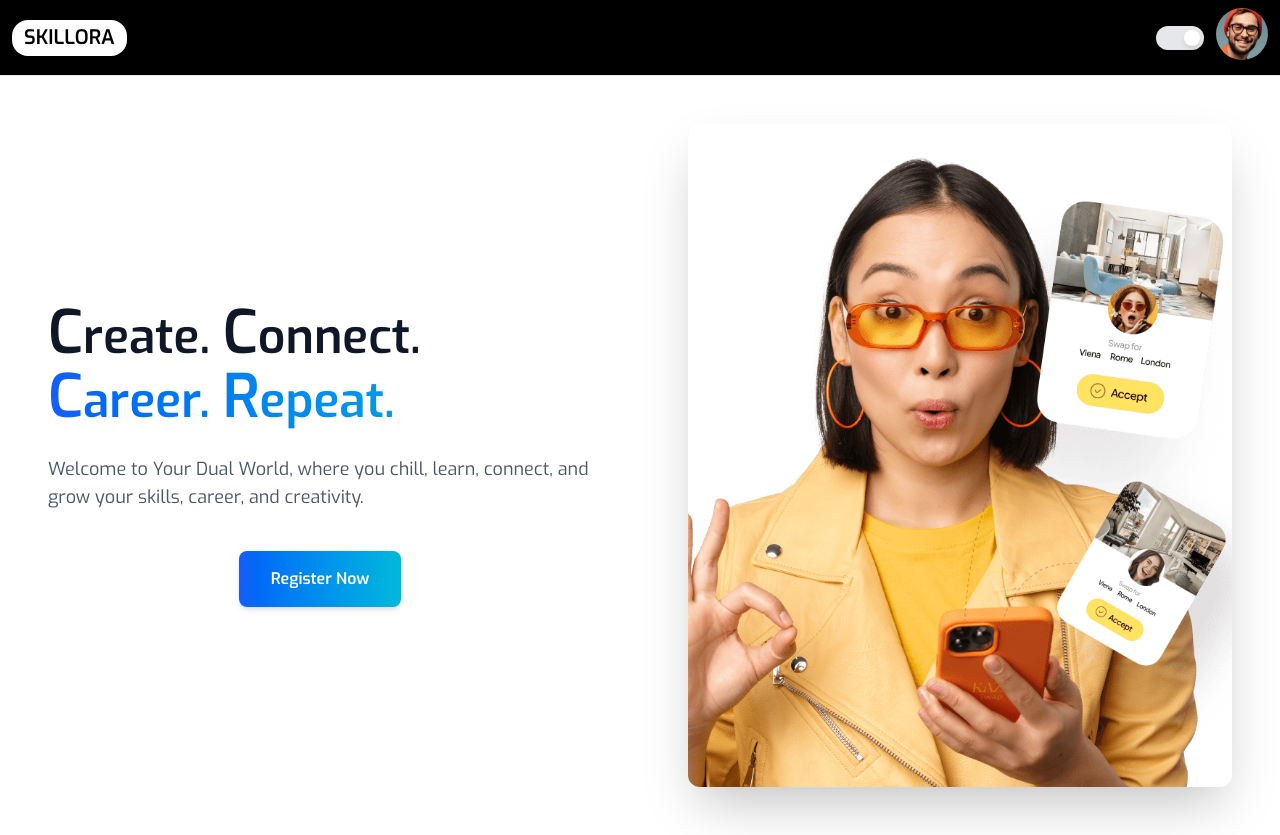
Repository: deepak445566/job
Page: / (app in frontend/)
An editor plug-in stored every save of this project. The page is shown before and after the next save, followed by the edit.
The browser window is 1280 px wide. The pictures show the whole page.
The page's requests for data from a server got no answer. Some web fonts or font styles are not loaded; a fallback is used. The project was rebuilt for these pictures with package versions that can differ from the ones it lists, and the page was loaded fresh each time. Some packages were replaced by stand-ins written for this rebuild. No one was signed in, and anything a server would have sent is missing. Also part of the build but not shown: frontend/vite.config.js, frontend/src/Components/auth/Login.jsx, frontend/src/Components/study/StudyDashboard.jsx, frontend/src/Components/chill/CreateReelModal.jsx, frontend/src/Components/chill/ChillDashboard.jsx, frontend/src/Components/common/Footer.jsx.

Above is the page before, as saved 2026-02-27 14:59:11.

After the next save:
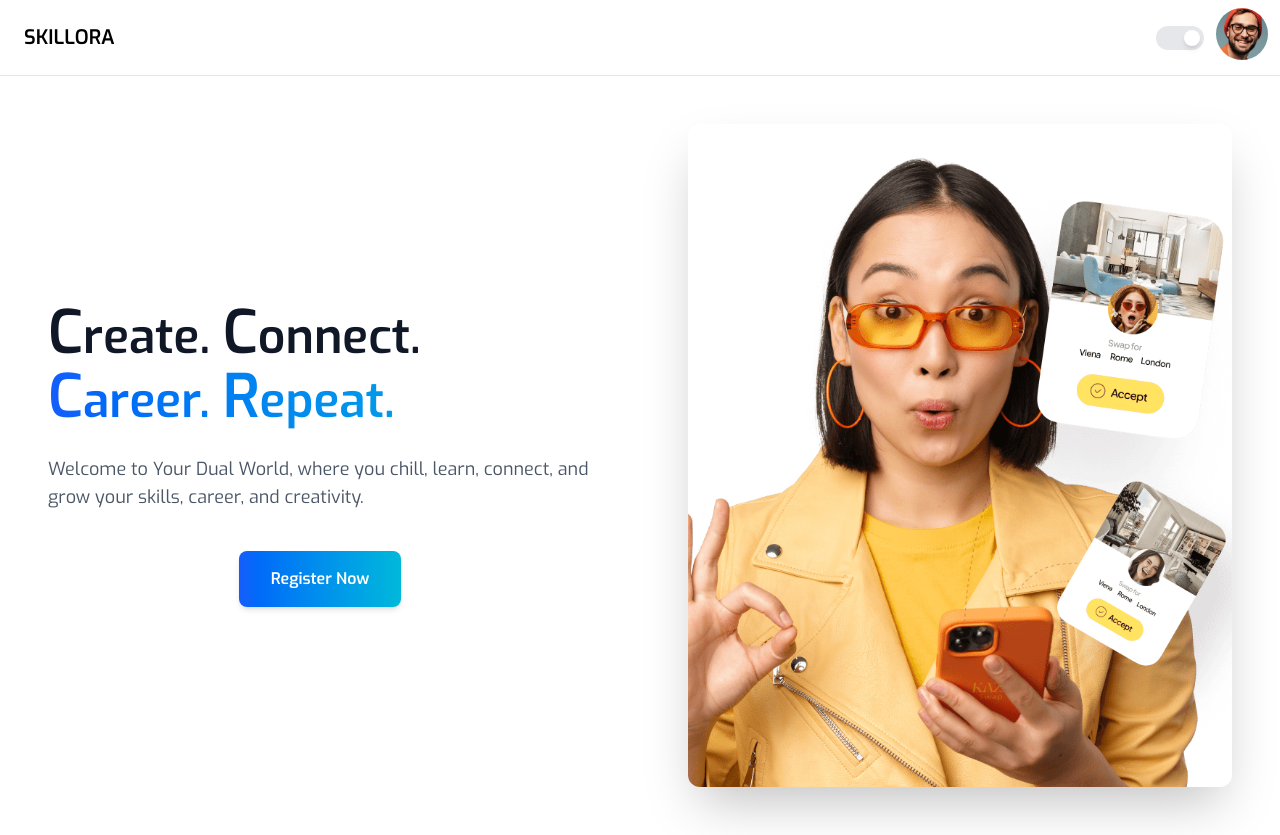
Saved 24 s later.
--- a/frontend/src/Components/common/Navbar.jsx
+++ b/frontend/src/Components/common/Navbar.jsx
@@ -55,7 +55,7 @@ function Navbar() {
   };
 
   return (
-   <nav className="bg-black border-b border-gray-200 px-3 py-2 sticky top-0 z-50 exo">
+   <nav className="bg-white border-b border-gray-200 px-3 py-2 sticky top-0 z-50 exo">
   <div className="flex justify-between items-center max-w-7xl mx-auto">
     {/* Left Side */}
     <div className="flex items-center gap-4 text-xl font-semibold uppercase bg-white text-black rounded-2xl px-3 py-1 ">
